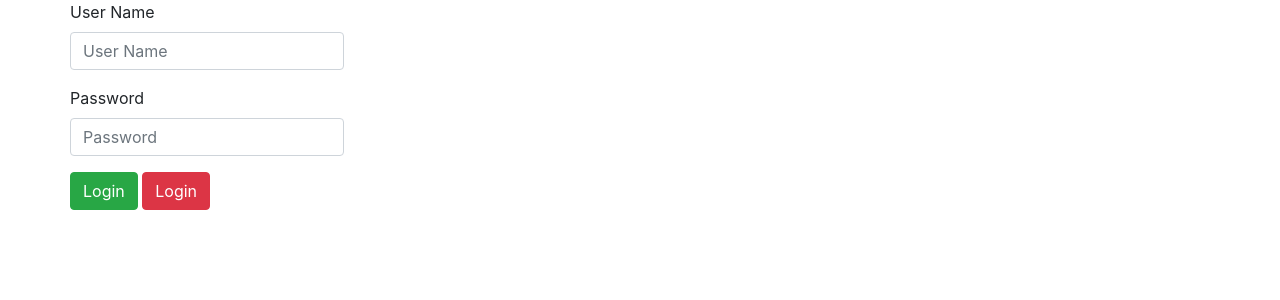
Repository: meriam0000/servlet
Page: BookWebApp/src/main/webapp/login.html
An editor plug-in stored every save of this project. The page is shown before and after the next save, followed by the edit.
The browser window is 1280 px wide. The pictures show the whole page.

Above is the page before, as saved 2024-02-13 22:38:15.

### BookWebApp/src/main/webapp/login.html
<!DOCTYPE html>
<html>
<head>
<meta charset="UTF-8">
<title>Login Page</title>
<link rel="stylesheet"  href="css/bootstrap.css ">
</head>
<body>
<div class='container'>
 <div class="row">
 <form method="post" action="login">
   <div class="form-group">
   <label> User Name</label>
   <input type="text" id="uname" name="uname" placeholder="User Name" class="form-control">


   </div>
     <div class="form-group">
   <label> Password</label>
   <input type="password" id="pass" name="pass" placeholder="Password" class="form-control">


   </div>
     <div class="form-group">

   <button type="submit" class="btn btn-success">Login</button>
      <button type="submit" class="btn btn-danger">Login</button>

   </div>



 </form>



 </div>



</div>

</body>
</html>

Loaded but not shown: BookWebApp/src/main/webapp/css/bootstrap.css (library)

After the next save:
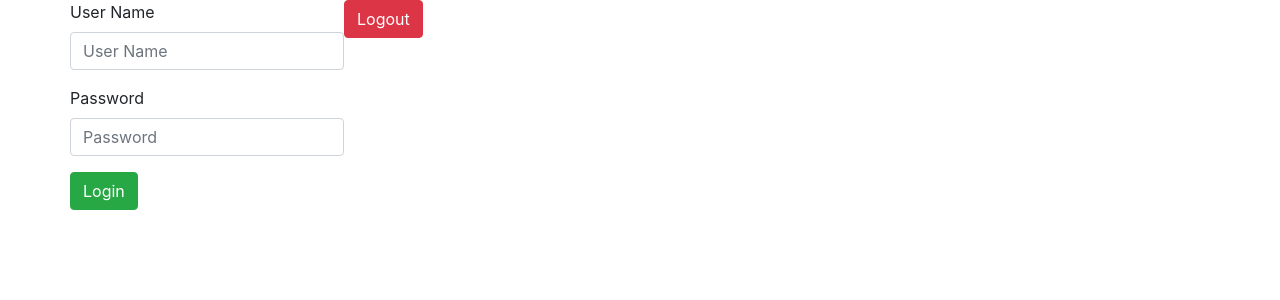
Saved 2 min 24 s later.
--- a/BookWebApp/src/main/webapp/login.html
+++ b/BookWebApp/src/main/webapp/login.html
@@ -24,13 +24,19 @@
      <div class="form-group">
 
    <button type="submit" class="btn btn-success">Login</button>
-      <button type="submit" class="btn btn-danger">Login</button>
+
 
    </div>
+    </form>
+   <form method="get" action="logout">
+   <div class="form-group">
+   <button type="submit" class="btn btn-danger">Logout</button>
+   </div>
+ </form>
 
 
 
- </form>
+
 
 
 
